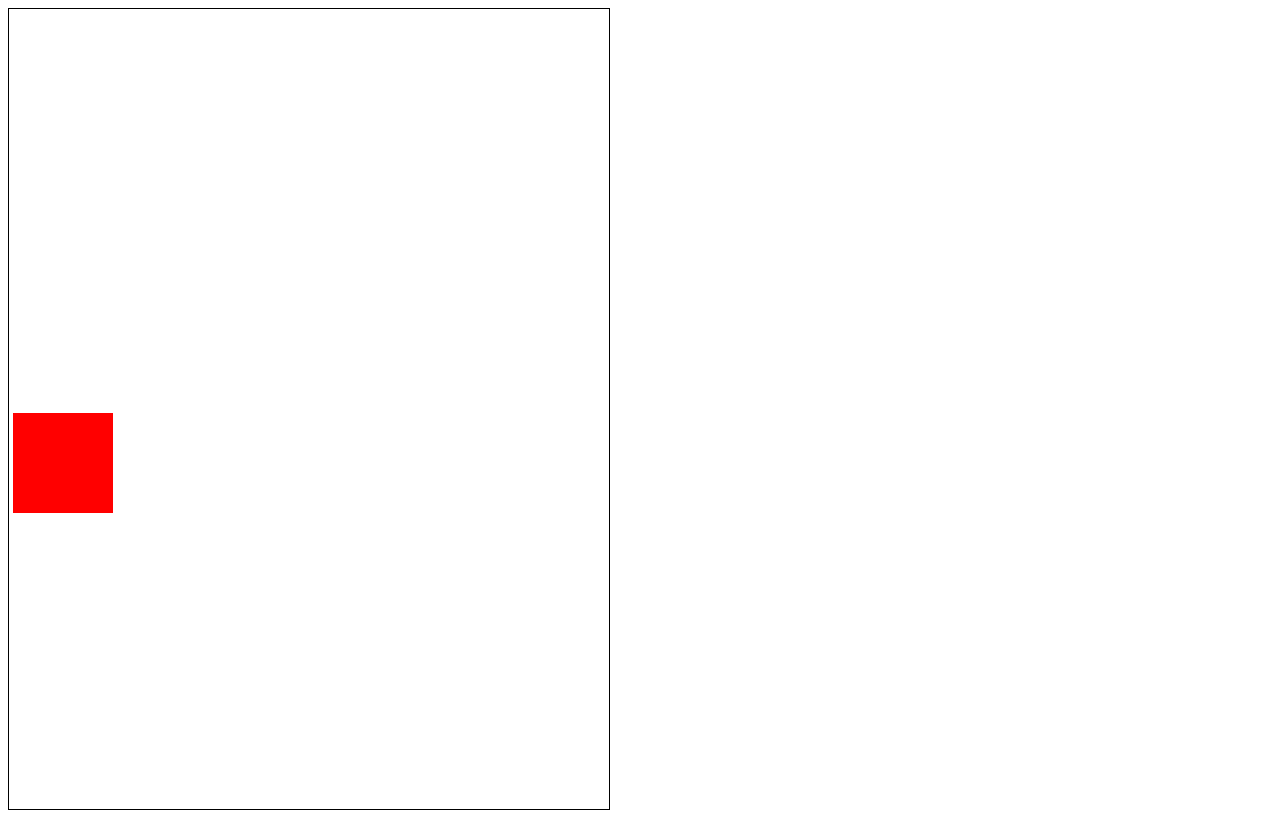
Repository: BlueLionycb/study-demo
Page: canvas-demo/src/index20.html
The author's editor kept a copy of each file at every save. The page is drawn from the files as they stood at one save, then again after the next save.
The browser window is 1280 px wide. The pictures show the whole page.

Above is the page before, as saved 2020-01-27 21:18:02.

After the next save:
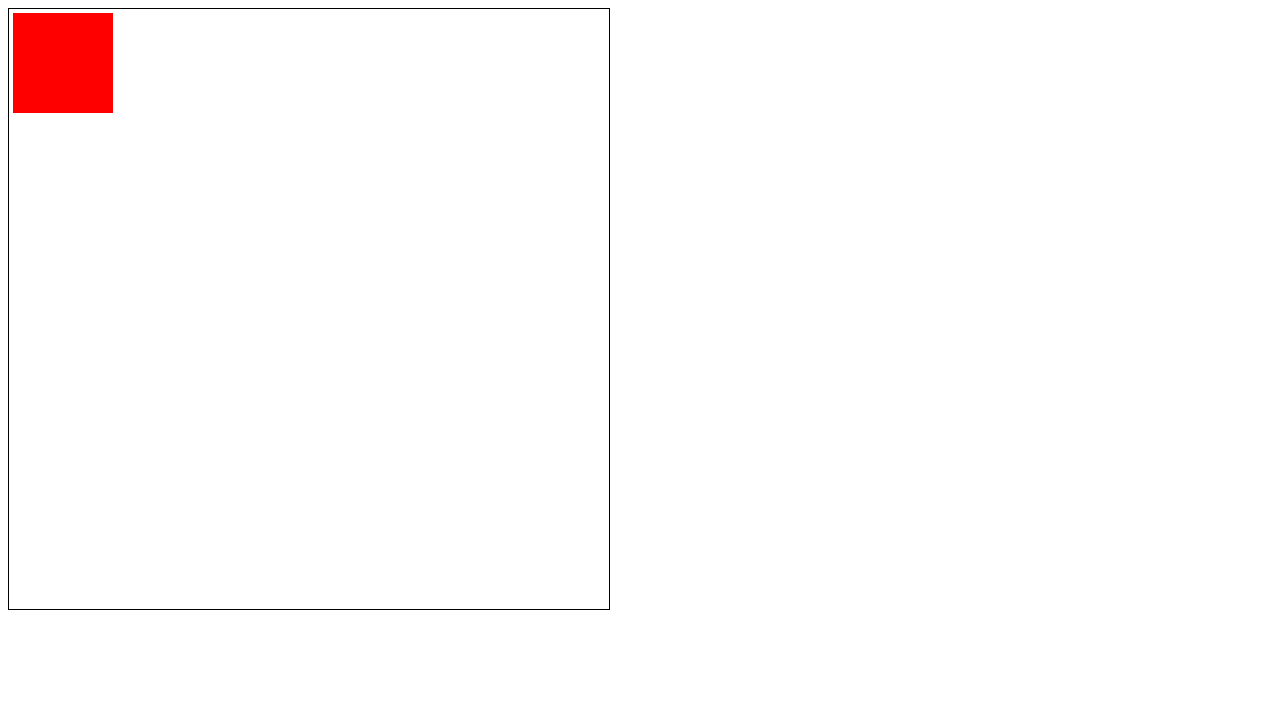
Saved 25 s later.
--- a/canvas-demo/src/index20.html
+++ b/canvas-demo/src/index20.html
@@ -13,7 +13,7 @@
         </style>
     </head>
     <body>
-        <canvas id="myCanvas" height="800" width="600">
+        <canvas id="myCanvas" height="600" width="600">
 
         </canvas>
 
